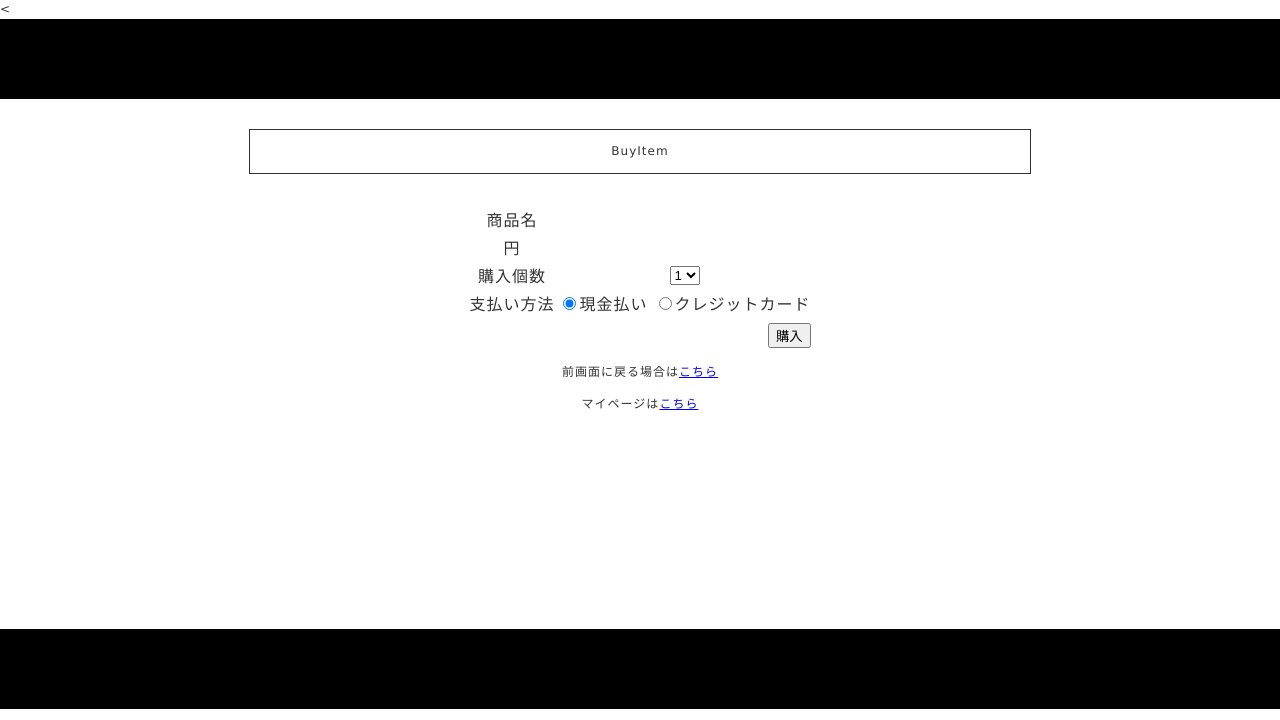
Repository: koyaman11/test
Page: http://localhost/Ecsite/buyItem.jsp
The author's editor kept a copy of each file at every save. The page is drawn from the files as they stood at one save, then again after the next save.
The browser window is 1280 px wide. The pictures show the whole page.
The page is served by Tomcat 9.

Above is the page before, as saved 2018-10-22 06:52:48.

After the next save:
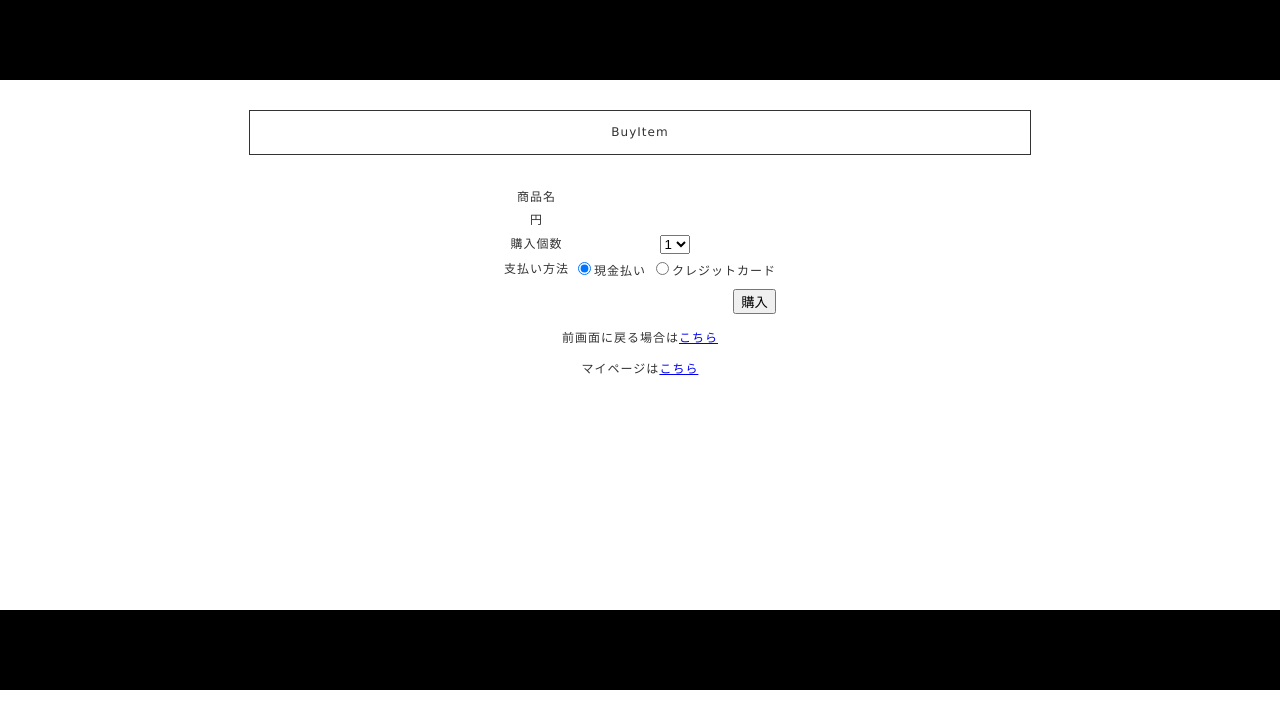
Saved 34 s later.
--- a/Ecsite/WebContent/buyItem.jsp
+++ b/Ecsite/WebContent/buyItem.jsp
@@ -1,4 +1,4 @@
-<<%@ page language="java" contentType="text/html; charset=UTF-8"
+<%@ page language="java" contentType="text/html; charset=UTF-8"
     pageEncoding="UTF-8"%>
     <%@ taglib prefix="s" uri="/struts-tags" %>
 <!DOCTYPE html>
